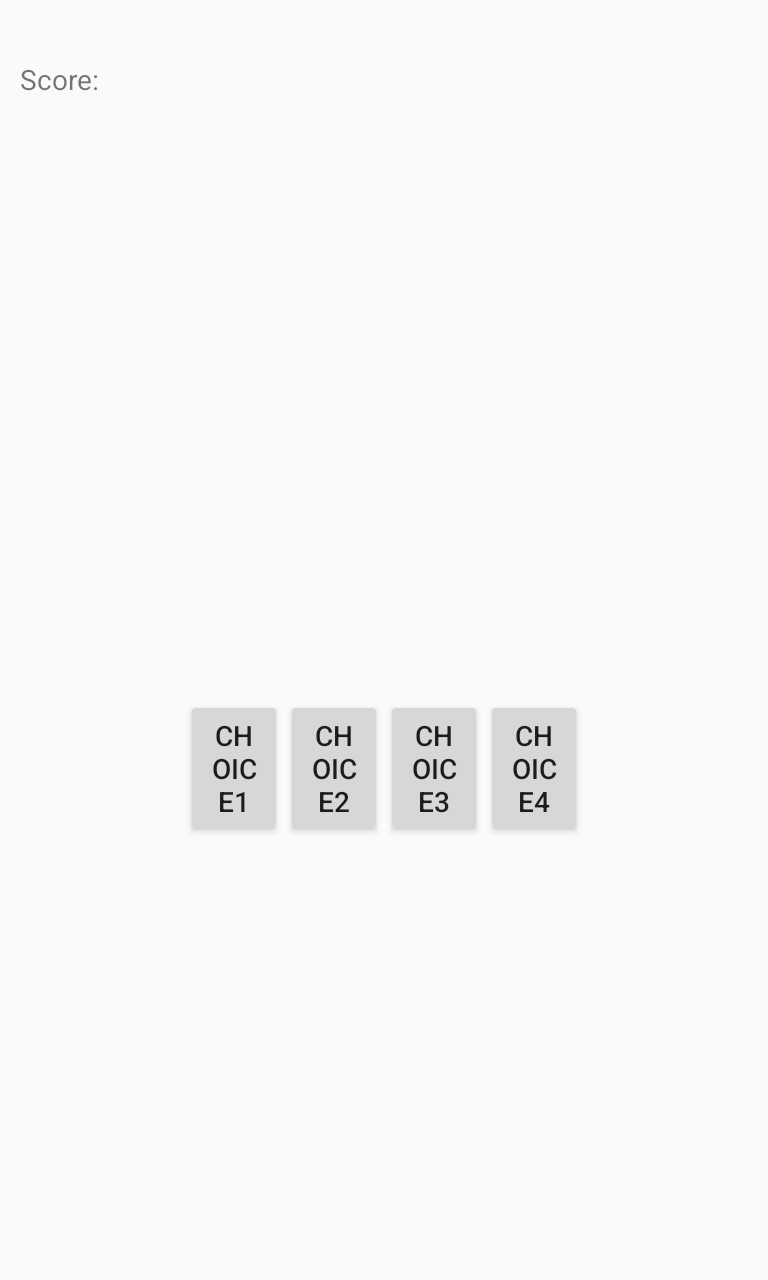
Repository: JoanneCaroll/Mathbomb
Layout: MathBomb/res/layout/activity_startgame.xml
These files come from the project's save history. The layout is drawn as it stood at one moment and after the next save; the edit follows.
It is drawn on a 768 x 1280 px phone screen (xhdpi) without system bars, with theme AppTheme; the app's code is not run.

Above is the layout before, as saved 2014-11-05 01:44:44.

### MathBomb/res/layout/activity_startgame.xml
<LinearLayout xmlns:android="http://schemas.android.com/apk/res/android"
    android:layout_gravity="center"
    android:orientation="vertical"
    android:layout_width="match_parent"
    android:layout_height="match_parent">
	<LinearLayout
	    android:orientation="horizontal"
	    android:layout_width="wrap_content"
	    android:layout_height="wrap_content"
	    android:gravity="left"
	    >
	    <TextView
	        android:padding="10dp"
	        android:id="@+id/score"
	        android:layout_width="wrap_content"
	        android:layout_height="wrap_content"
	        android:text="@string/score"/>
	    <TextView
	        android:padding="30dp"
	        android:id="@+id/showscore"
	        android:layout_width="wrap_content"
	        android:layout_height="wrap_content"
       />

	</LinearLayout>


        <RelativeLayout
            android:gravity="center"
            android:layout_width="match_parent"
            android:layout_height="wrap_content"
            android:padding="10dp">

	        <TextView
		        android:id="@+id/integer1"
		        android:layout_width="wrap_content"
		        android:layout_height="wrap_content"
		        android:padding="5dp"/>

		    <TextView
		        android:layout_toRightOf="@id/integer1"
		        android:id="@+id/operator"
		        android:layout_width="wrap_content"
		        android:layout_height="wrap_content"
		        android:padding="5dp" />

		    <TextView
		        android:layout_toRightOf="@id/operator"
		        android:id="@+id/integer2"
		        android:layout_width="wrap_content"
		        android:layout_height="wrap_content"
		        android:padding="5dp" />

        </RelativeLayout>

        <RelativeLayout
	        android:layout_width="match_parent"
	        android:layout_height="wrap_content"
	        android:gravity="center">

		    <Button
		        android:layout_alignParentBottom="true"
		        android:id="@+id/choice1"
		        android:layout_width="50dp"
		        android:layout_height="wrap_content"
		        android:text="choice1"/>

		    <Button
		        android:layout_alignParentBottom="true"
		        android:id="@+id/choice2"
		        android:layout_toRightOf="@id/choice1"
		        android:layout_width="50dp"
		        android:layout_height="wrap_content"
		        android:text="choice2"/>

		    <Button
		        android:layout_alignParentBottom="true"
		        android:id="@+id/choice3"
		        android:layout_toRightOf="@id/choice2"
		        android:layout_width="50dp"
		        android:layout_height="wrap_content"
		        android:text="choice3"/>

		     <Button
		        android:layout_alignParentBottom="true"
		        android:id="@+id/choice4"
		        android:layout_toRightOf="@id/choice3"
		        android:layout_width="50dp"
		        android:layout_height="wrap_content"
		        android:text="choice4"/>

  		 </RelativeLayout>


</LinearLayout>

### MathBomb/res/values/strings.xml
<?xml version="1.0" encoding="utf-8"?>
<resources>

    <string name="app_name">MathBomb</string>
    <string name="action_settings">Settings</string>
    <string name="score">Score: </string>

</resources>

Loaded but not shown: MathBomb/res/values/styles.xml (common file); MathBomb/res/values-v11/styles.xml (common file); MathBomb/res/values-v14/styles.xml (common file)

After the next save:
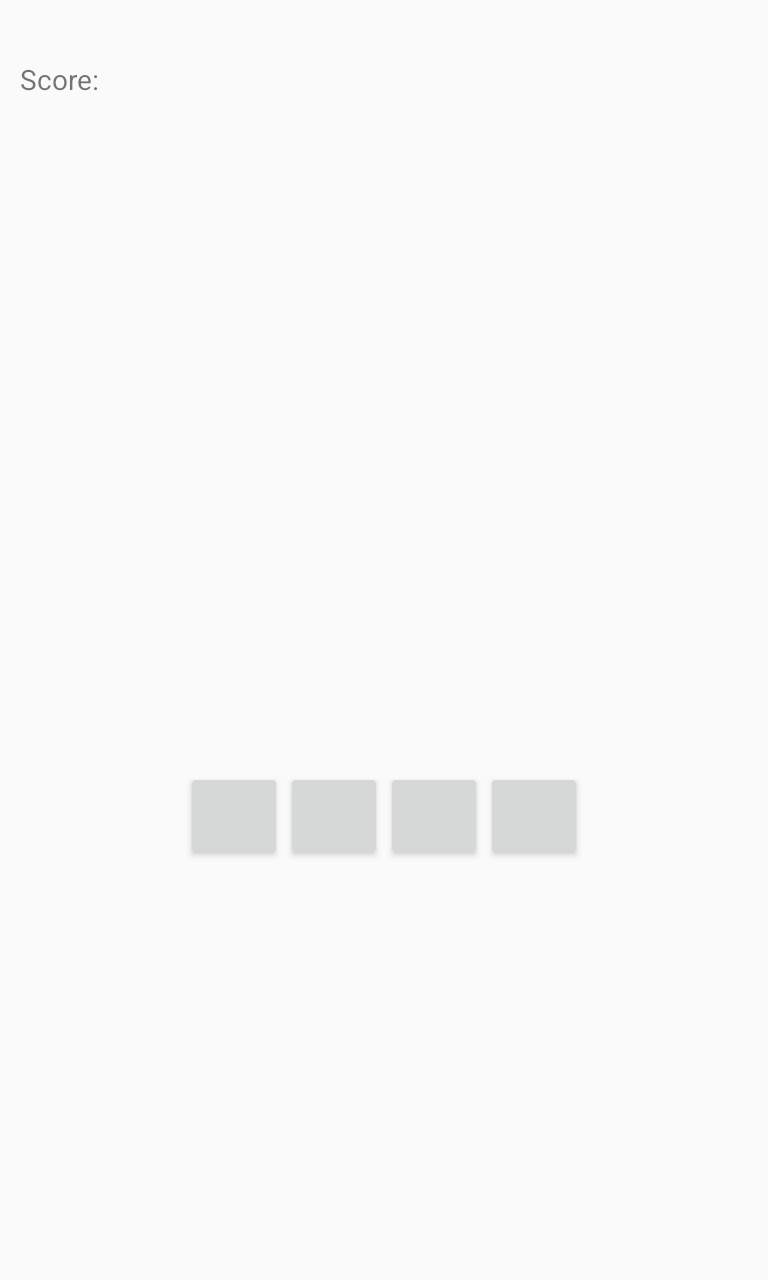
Saved 2 min 43 s later.
--- a/MathBomb/res/layout/activity_startgame.xml
+++ b/MathBomb/res/layout/activity_startgame.xml
@@ -3,57 +3,60 @@
     android:orientation="vertical"
     android:layout_width="match_parent"
     android:layout_height="match_parent">
+
 	<LinearLayout
 	    android:orientation="horizontal"
 	    android:layout_width="wrap_content"
 	    android:layout_height="wrap_content"
-	    android:gravity="left"
-	    >
+	    android:gravity="left">
+
 	    <TextView
 	        android:padding="10dp"
 	        android:id="@+id/score"
 	        android:layout_width="wrap_content"
 	        android:layout_height="wrap_content"
 	        android:text="@string/score"/>
+
 	    <TextView
 	        android:padding="30dp"
 	        android:id="@+id/showscore"
 	        android:layout_width="wrap_content"
-	        android:layout_height="wrap_content"
-       />
+	        android:layout_height="wrap_content"/>
 
 	</LinearLayout>
 
-
-        <RelativeLayout
+    <RelativeLayout
             android:gravity="center"
             android:layout_width="match_parent"
             android:layout_height="wrap_content"
             android:padding="10dp">
 
-	        <TextView
-		        android:id="@+id/integer1"
-		        android:layout_width="wrap_content"
-		        android:layout_height="wrap_content"
-		        android:padding="5dp"/>
+	     <TextView
+		    android:id="@+id/integer1"
+		    android:layout_width="wrap_content"
+		    android:layout_height="wrap_content"
+		    android:padding="5dp"
+		    android:textSize="50dp"/>
 
-		    <TextView
-		        android:layout_toRightOf="@id/integer1"
-		        android:id="@+id/operator"
-		        android:layout_width="wrap_content"
-		        android:layout_height="wrap_content"
-		        android:padding="5dp" />
+		 <TextView
+		    android:layout_toRightOf="@id/integer1"
+		    android:id="@+id/operator"
+		    android:layout_width="wrap_content"
+		    android:layout_height="wrap_content"
+		    android:padding="5dp"
+		    android:textSize="50dp" />
 
-		    <TextView
-		        android:layout_toRightOf="@id/operator"
-		        android:id="@+id/integer2"
-		        android:layout_width="wrap_content"
-		        android:layout_height="wrap_content"
-		        android:padding="5dp" />
+		 <TextView
+		    android:layout_toRightOf="@id/operator"
+		    android:id="@+id/integer2"
+		    android:layout_width="wrap_content"
+		    android:layout_height="wrap_content"
+		    android:padding="5dp"
+		    android:textSize="50dp" />
 
-        </RelativeLayout>
+    </RelativeLayout>
 
-        <RelativeLayout
+	<RelativeLayout
 	        android:layout_width="match_parent"
 	        android:layout_height="wrap_content"
 	        android:gravity="center">
@@ -62,34 +65,29 @@
 		        android:layout_alignParentBottom="true"
 		        android:id="@+id/choice1"
 		        android:layout_width="50dp"
-		        android:layout_height="wrap_content"
-		        android:text="choice1"/>
+		        android:layout_height="wrap_content"/>
 
 		    <Button
 		        android:layout_alignParentBottom="true"
 		        android:id="@+id/choice2"
 		        android:layout_toRightOf="@id/choice1"
 		        android:layout_width="50dp"
-		        android:layout_height="wrap_content"
-		        android:text="choice2"/>
+		        android:layout_height="wrap_content"/>
 
 		    <Button
 		        android:layout_alignParentBottom="true"
 		        android:id="@+id/choice3"
 		        android:layout_toRightOf="@id/choice2"
 		        android:layout_width="50dp"
-		        android:layout_height="wrap_content"
-		        android:text="choice3"/>
+		        android:layout_height="wrap_content"/>
 
 		     <Button
 		        android:layout_alignParentBottom="true"
 		        android:id="@+id/choice4"
 		        android:layout_toRightOf="@id/choice3"
 		        android:layout_width="50dp"
-		        android:layout_height="wrap_content"
-		        android:text="choice4"/>
+		        android:layout_height="wrap_content"/>
 
   		 </RelativeLayout>
 
-
 </LinearLayout>
